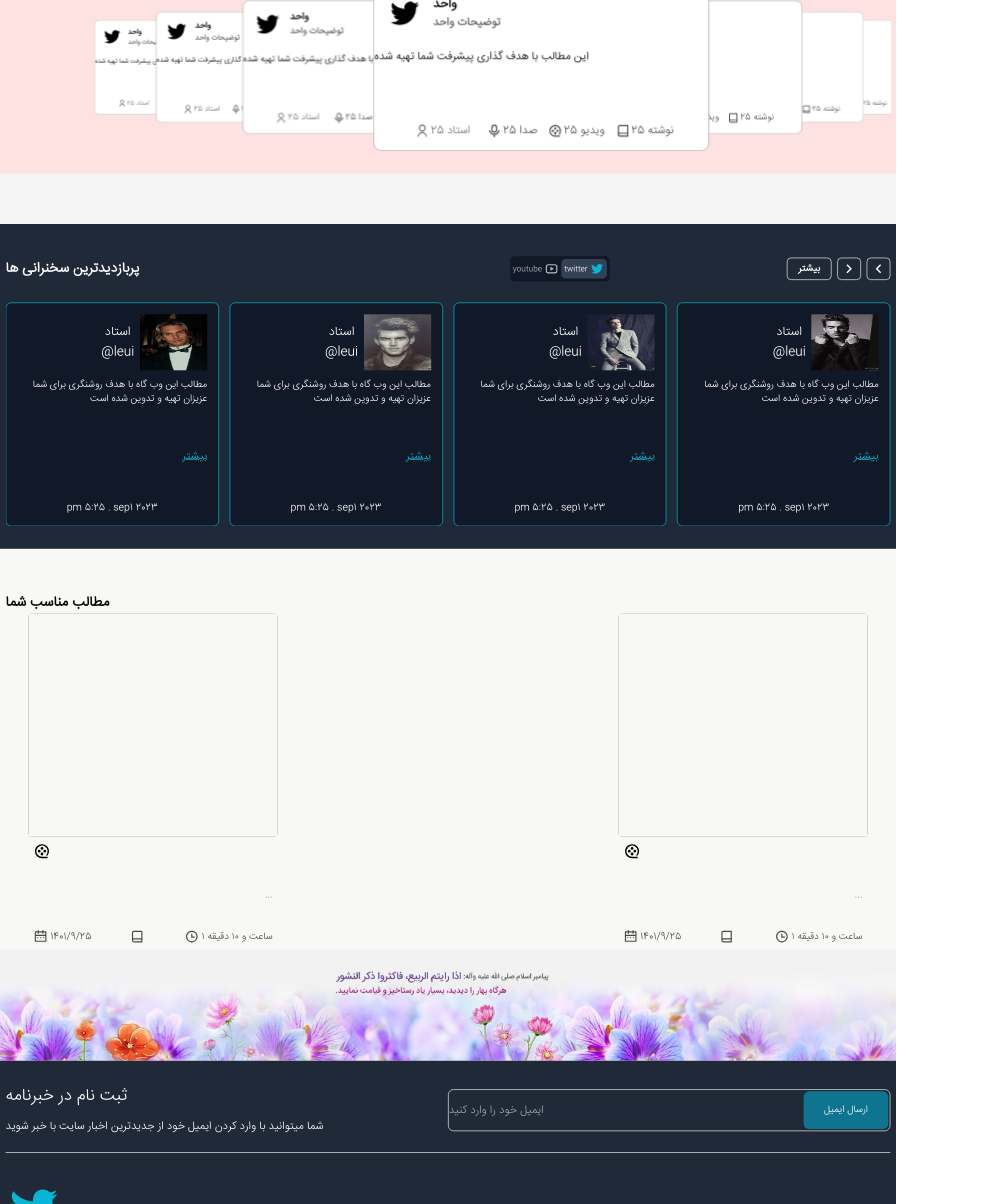
Repository: homan-tehrani/uiUserNative
Page: /
The author's editor kept a copy of each file at every save. The page is drawn from the files as they stood at one save, then again after the next save.
The browser window is 1280 px wide. The page is 1432 px wide, so the pictures cover 1432 px, including what lies to the right of the window. The pictures show the part of the page from y = 2430 to 4150 px (the page is 4886 px tall), at 70% of full size.
The page's requests for data from a server got no answer. The project was rebuilt for these pictures with package versions that can differ from the ones it lists, and the page was loaded fresh each time. The framework's server and built-in components were replaced by stand-ins that run in the browser. No one was signed in, and anything a server would have sent is missing. Also part of the build but not shown: next.config.js, src/components/MenuForUnits.js, src/components/AccordionForUnits.js, src/components/MenuResponsive.js.

Above is the page before, as saved 2023-04-25 01:36:50.

### src/pages/_app.js
import Layoute from 'components/layout/Layoute'
import 'styles/globals.css'

export default function App({ Component, pageProps }) {
  return <Layoute>
    <Component {...pageProps} />
  </Layoute>
}

### src/pages/index.js
import Head from 'next/head';
import Layoute from '../components/layout/Layoute';
import Loading from '../components/loading';
import Slider from '../components/Slider';
import Album1 from '../components/Album1';
import Invitation from '../components/Invitation';
import Album2 from '../components/Album2';
import Description from '../components/Description';
import Album3 from '../components/Album3';
import Suggestion from '../components/Suggestion';
import { useEffect } from 'react';

export default function Home({ datas }) {
  return (
    <>
      <Head>
        <title>خانه</title>
        <meta
          name="description"
          content="Generated by create next app"
        />
        <meta
          name="viewport"
          content="width=device-width, initial-scale=1"
        />
        <link rel="icon" href="/favicon.ico" />
      </Head>
      <main className="bg-[#F8F8F6]">

        <>
          <Slider />
          <Album1 />
          <Invitation />
          <Album2 />
          <Description />
          <Album3 />
          <Suggestion />
        </>

      </main>
    </>
  );
}

// export async function getStaticProps(context){

//   const res = await fetch("https://nativecontent.sirafgroup.com/api/v1/tag/contentByTag/")
//   const data = await res.json(res)
//   console.log(data);

//   if (!data) {
//     return {
//       notFound: true,
//     }
//   }

//   return{
//     props: {

//     }
//   }

// }

### src/components/layout/Layoute.js
import React from "react";
import Header from "./Header";
import Fotter from "./Fotter";
import Speech from "../Speech";

export default function Layoute({ children , datas }) {
  return (
    <>
      <Header  />
      <div>{children}</div>
      <Speech />
      <Fotter datas={datas} />
    </>
  );
}

### src/styles/globals.css
@tailwind base;
@tailwind components;
@tailwind utilities;

@font-face {
    font-family: iransans;
    src: url("../../public/assets/fonts/iransans/irsans-l.woff");
}

html , body{
    font-family: iransans;
  }

.slider-master
.swiper-pagination-bullet{
  width: 14px;
  height: 14px;
  background-color: #3998AC;
}

.slider-master
.swiper-pagination-bullet-active {
  width: 60px;
  border-radius: 60px;
}

### src/components/loading.js
const Loading =()=> {
    return (
      <div className="w-full h-full flex justify-center items-center py-5">
        <svg aria-hidden="true" class="w-12 h-12 text-gray-200 animate-spin dark:text-gray-600 fill-cyan-600" viewBox="0 0 100 101" fill="none" xmlns="http://www.w3.org/2000/svg">
            <path d="M100 50.5908C100 78.2051 77.6142 100.591 50 100.591C22.3858 100.591 0 78.2051 0 50.5908C0 22.9766 22.3858 0.59082 50 0.59082C77.6142 0.59082 100 22.9766 100 50.5908ZM9.08144 50.5908C9.08144 73.1895 27.4013 91.5094 50 91.5094C72.5987 91.5094 90.9186 73.1895 90.9186 50.5908C90.9186 27.9921 72.5987 9.67226 50 9.67226C27.4013 9.67226 9.08144 27.9921 9.08144 50.5908Z" fill="currentColor"/>
            <path d="M93.9676 39.0409C96.393 38.4038 97.8624 35.9116 97.0079 33.5539C95.2932 28.8227 92.871 24.3692 89.8167 20.348C85.8452 15.1192 80.8826 10.7238 75.2124 7.41289C69.5422 4.10194 63.2754 1.94025 56.7698 1.05124C51.7666 0.367541 46.6976 0.446843 41.7345 1.27873C39.2613 1.69328 37.813 4.19778 38.4501 6.62326C39.0873 9.04874 41.5694 10.4717 44.0505 10.1071C47.8511 9.54855 51.7191 9.52689 55.5402 10.0491C60.8642 10.7766 65.9928 12.5457 70.6331 15.2552C75.2735 17.9648 79.3347 21.5619 82.5849 25.841C84.9175 28.9121 86.7997 32.2913 88.1811 35.8758C89.083 38.2158 91.5421 39.6781 93.9676 39.0409Z" fill="currentFill"/>
        </svg>
      </div>
    );
  }

  export default Loading;

### src/components/Slider.js
import React, { useEffect, useState } from "react";
import { Swiper, SwiperSlide } from "swiper/react";
import { Navigation, EffectFade, Pagination, Scrollbar, A11y } from "swiper";
import { useRef } from "react";
import Loading from "./loading";
import ImageProfile from "assets/images/image.jpg";

import "swiper/css";
import "swiper/css/navigation";
import "swiper/css/pagination";
import "swiper/css/scrollbar";
import { sliderPhoto } from "../../src/db.json";
import Survey from "./Survey";

export default function Slider() {
  const [imagesSlider, setImagesSlider] = useState(null);
  const swiperRef = useRef();

  useEffect(() => {
    setImagesSlider(sliderPhoto);
  }, []);

  if (!imagesSlider) {
    return <Loading />;
  }

  return (
    <div className="container mx-auto w-full h-full  py-7 px-2">
      <Swiper
        wrapperClass="w-full"
        modules={[Navigation, Pagination, Scrollbar, A11y, EffectFade, Pagination]}
        spaceBetween="auto"
        loop={true}
        autoplay={{
          delay: 1000,
          disableOnInteraction: false,
        }}
        navigation={{
            nextEl: '.swiper-button-next',
            prevEl: '.swiper-button-prev',
        }}
        onBeforeInit={(swiper) => {
          swiperRef.current = swiper;
        }}
        slidesPerView={1}
        effect="fade"
        className="slider-master max-h-[32rem] min-h-full rounded-3xl overflow-hidden"
      >
        {imagesSlider.map((item) => (
          <SwiperSlide key={item.id} className="w-full h-full">
            <img
              className="w-full h-[32rem] object-cover"
              src="assets/images/image.jpg"
            />
          </SwiperSlide>
        ))}
        <div
          className="swiper-button-prev !text-white mx-8 after:!text-4xl"
        ></div>
        <div
          className="swiper-button-next !text-white mx-8 after:!text-4xl"
        ></div>

      </Swiper>
      <div className="custom-pagination"></div>
      <Survey/>

       </div>

  );
}

### src/components/Album2.js
import React, { useRef, useState , useEffect } from "react";
import { Swiper, SwiperSlide } from "swiper/react";
import Loading from "./loading";
import MorSpeech from "components/MorSpeech";
import Link from "next/link";

import "swiper/css";
import "swiper/css/grid";
import "swiper/css/pagination";
import { Grid, Pagination ,Navigation} from "swiper";
import {albumPhoto2} from "db.json"

export default function Album2() {
    const [itmes , setItems]= useState([])
    const swiperRef = useRef();
    useEffect(() => {
      setItems(albumPhoto2);
    }, []);

    const prevSlideHandler =()=>{
        swiperRef.current?.slidePrev();
    }

  return (
    <div className=" container px-2z mx-auto ">
    <div className=" mb-6 ">
    </div>
      <Swiper
        slidesPerView={3}
        grid={{
          rows: 2,
        }}
        spaceBetween={20}
        modules={[Grid, Pagination, Navigation]}
        onBeforeInit={(swiper) => {
          swiperRef.current = swiper;
        }}
        breakpoints={{
          // when window width is >= 640px
          0: {
            slidesPerView: 1,
          },
          640: {
            slidesPerView: 2,
          },
          1370: {
            slidesPerView: 3,
          },
        }}
        className="w-full h-96  "
      >
        {itmes.map(item=>
            <SwiperSlide key={item.id} className="!flex !h-40 rounded overflow-hidden ">
                <Link href="/units" dir="rtl" className="flex cursor-pointer w-full  h-full rounded-l-md ">
                    <div className="w-1/2 h-full">
                        <img className="w-full h-full" src={item.src} alt={item.alt} />
                    </div>
                    <div className="flex flex-col justify-between h-full w-full py-3 pr-3 bg-neutral-100 border rounded-l-md">
                    <div>
                        <div className="flex items-center gap-x-1">
                        <svg xmlns="http://www.w3.org/2000/svg" viewBox="0 0 24 24" width="20" height="20"><path fill="none" d="M0 0h24v24H0z"/><path d="M12 3a3 3 0 0 0-3 3v4a3 3 0 0 0 6 0V6a3 3 0 0 0-3-3zm0-2a5 5 0 0 1 5 5v4a5 5 0 0 1-10 0V6a5 5 0 0 1 5-5zM3.055 11H5.07a7.002 7.002 0 0 0 13.858 0h2.016A9.004 9.004 0 0 1 13 18.945V23h-2v-4.055A9.004 9.004 0 0 1 3.055 11z"/></svg>
                        <p className="text-lg">ویس استاد</p>
                        </div>

                        <p className="text-sm">سخنرانی استاد در تهران</p>
                    </div>

                    <div dir="rtl" className="flex gap-x-8 opacity-70 text-sm ">
                            <div className="flex gap-x-1">
                            <svg xmlns="http://www.w3.org/2000/svg" viewBox="0 0 24 24" width="20" height="20"><path fill="none" d="M0 0h24v24H0z"/><path d="M17 3h4a1 1 0 0 1 1 1v16a1 1 0 0 1-1 1H3a1 1 0 0 1-1-1V4a1 1 0 0 1 1-1h4V1h2v2h6V1h2v2zm3 8H4v8h16v-8zm-5-6H9v2H7V5H4v4h16V5h-3v2h-2V5zm-9 8h2v2H6v-2zm5 0h2v2h-2v-2zm5 0h2v2h-2v-2z"/></svg>
                            <p>1401/9/25</p>
                            </div>

                            <svg xmlns="http://www.w3.org/2000/svg" viewBox="0 0 24 24" width="20" height="20"><path fill="none" d="M0 0h24v24H0z"/><path d="M20.005 2C21.107 2 22 2.898 22 3.99v16.02c0 1.099-.893 1.99-1.995 1.99H4v-4H2v-2h2v-3H2v-2h2V8H2V6h2V2h16.005zM8 4H6v16h2V4zm12 0H10v16h10V4z"/></svg>
                         </div>
                    </div>
                    </Link>


            </SwiperSlide>
            )}

      </Swiper>
    </div>
  );
}

### src/components/Suggestion.js
import React, { useState, useEffect } from 'react';
import Loading from './loading';
import { lecturePhoto } from '../../src/db.json';
import Link from 'next/link';

export default function Suggestion() {
  const [suggestionPhoto, setSuggestionPhoto] = useState(null);
  useEffect(() => {
    setSuggestionPhoto(lecturePhoto);
  }, []);

  useEffect(() => {
    const fetchData = async () => {
      const response = await fetch(
        'https://nativecontent.sirafgroup.com/api/v1/category/contentByCategory/?categoryId=1&count=10'
      );
      const data = await response.json();
      setSuggestionPhoto(data.data);
    };
    fetchData();
  }, []);
  if (!suggestionPhoto) {
    return <Loading />;
  }

  return (
    <div className="container px-2 mx-auto">
      <h2 className="text-xl font-bold">مطالب مناسب شما</h2>
      <div className=" flex items-center justify-between">
        {suggestionPhoto.slice(1, 4).map((item) => (
          <>
            <div className="w-1/3 px-8 relative">
              <div className=" overflow-hidden xs:h-56 h-72  sm:h-80 rounded-md">
                <img
                  src={item.coverImage}
                  alt={item.title}
                  className="w-full h-full "
                />
              </div>
              <div className="w-full h-40  flex flex-col justify-between p-2 ">
                <div className="flex items-center gap-x-2  ">
                  <svg
                    xmlns="http://www.w3.org/2000/svg"
                    viewBox="0 0 24 24"
                    className="w-6 xs:w-5"
                  >
                    <path fill="none" d="M0 0h24v24H0z" />
                    <path d="M12 20h8v2h-8C6.477 22 2 17.523 2 12S6.477 2 12 2s10 4.477 10 10a9.956 9.956 0 0 1-2 6h-2.708A8 8 0 1 0 12 20zm0-10a2 2 0 1 1 0-4 2 2 0 0 1 0 4zm-4 4a2 2 0 1 1 0-4 2 2 0 0 1 0 4zm8 0a2 2 0 1 1 0-4 2 2 0 0 1 0 4zm-4 4a2 2 0 1 1 0-4 2 2 0 0 1 0 4z" />
                  </svg>
                  <p className="xs:text-sm truncate font-bold">
                    {item.title}
                  </p>
                </div>

                <p className="xs:text-xsm text-sm text-right text-slate-500">
                  {item?.summary?.substring(0, 150)}...
                </p>

                <div className="flex  justify-between items-center opacity-70 xs:text-xxxsm text-sm">
                  <div className="flex items-center justify-center gap-x-1">
                    <svg
                      xmlns="http://www.w3.org/2000/svg"
                      viewBox="0 0 24 24"
                      className="xs:w-3 w-5"
                    >
                      <path fill="none" d="M0 0h24v24H0z" />
                      <path d="M17 3h4a1 1 0 0 1 1 1v16a1 1 0 0 1-1 1H3a1 1 0 0 1-1-1V4a1 1 0 0 1 1-1h4V1h2v2h6V1h2v2zm3 8H4v8h16v-8zm-5-6H9v2H7V5H4v4h16V5h-3v2h-2V5zm-9 8h2v2H6v-2zm5 0h2v2h-2v-2zm5 0h2v2h-2v-2z" />
                    </svg>
                    <p className="xs:text-ssm">1401/9/25</p>
                  </div>

                  <div className="flex items-center justify-center gap-x-1">
                    <svg
                      xmlns="http://www.w3.org/2000/svg"
                      viewBox="0 0 24 24"
                      className="xs:w-3 w-5"
                    >
                      <path fill="none" d="M0 0h24v24H0z" />
                      <path d="M3 18.5V5a3 3 0 0 1 3-3h14a1 1 0 0 1 1 1v18a1 1 0 0 1-1 1H6.5A3.5 3.5 0 0 1 3 18.5zM19 20v-3H6.5a1.5 1.5 0 0 0 0 3H19zM5 15.337A3.486 3.486 0 0 1 6.5 15H19V4H6a1 1 0 0 0-1 1v10.337z" />
                    </svg>
                    <p>{item?.portal?.name}</p>
                  </div>

                  <div className="flex items-center justify-center gap-x-1">
                    <svg
                      xmlns="http://www.w3.org/2000/svg"
                      viewBox="0 0 24 24"
                      className="xs:w-3 w-5"
                    >
                      <path fill="none" d="M0 0h24v24H0z" />
                      <path d="M12 22C6.477 22 2 17.523 2 12S6.477 2 12 2s10 4.477 10 10-4.477 10-10 10zm0-2a8 8 0 1 0 0-16 8 8 0 0 0 0 16zm1-8h4v2h-6V7h2v5z" />
                    </svg>
                    <p>۱ ساعت و ۱۰ دقیقه</p>
                  </div>
                </div>
              </div>
              <Link
                href={`/units/${item.id}`}
                className="w-full h-full absolute top-0 left-0"
              />
            </div>
          </>
        ))}
      </div>
    </div>
  );
}

### src/components/Speech.js
import React, { useEffect, useState } from "react";
import Loading from "./loading";
import {speech} from "../../src/db.json"

export default function Speech({ datas }) {
  const [imageSpeech, setImageSpeech] = useState(null);
  useEffect(() => {
    setImageSpeech(speech);
  }, []);

  if (!imageSpeech) {
    return <Loading />;
  }
  return (
    <div className="w-full flex justify-center items-center relative ">
      <div className="flex flex-col w-full h-max">
        <div className="flex flex-col w-full ">
          <img
            src={imageSpeech[0].src}
            alt={imageSpeech[0].alt}
            className="w-full h-full object-cover"
          />
        </div>
      </div>
    </div>
  );
}

### src/components/MorSpeech.js
import React from 'react'


export default function MorSpeech({nextButtonHandler , prevButtonHandler , icons , underline , content , colorIcon , colorText , classMore , moreHandler,addHandler}) {

  return (
    <div  className='flex flex-col justify-center   w-full h-max '>
      <div className='flex justify-between items-center gap-x-0   md:px-0 xs:gap-x-6 '>
        <p className={`${colorText} font-bold text-xl`}>{content}</p>

        {icons && <div  className='flex items-center justify-center w-max gap-x-1 h-8 bg-gray-900 ml-96 text-xsm text-white  px-1 rounded-sm'>

        <button className='flex items-center justify-center gap-x-1 opacity-70'>
        <p>youtube</p>
        <svg xmlns="http://www.w3.org/2000/svg" className='fill-white' viewBox="0 0 24 24" width="20" height="20"><path fill="none" d="M0 0h24v24H0z"/><path d="M19.606 6.995c-.076-.298-.292-.523-.539-.592C18.63 6.28 16.5 6 12 6s-6.628.28-7.069.403c-.244.068-.46.293-.537.592C4.285 7.419 4 9.196 4 12s.285 4.58.394 5.006c.076.297.292.522.538.59C5.372 17.72 7.5 18 12 18s6.629-.28 7.069-.403c.244-.068.46-.293.537-.592C19.715 16.581 20 14.8 20 12s-.285-4.58-.394-5.005zm1.937-.497C22 8.28 22 12 22 12s0 3.72-.457 5.502c-.254.985-.997 1.76-1.938 2.022C17.896 20 12 20 12 20s-5.893 0-7.605-.476c-.945-.266-1.687-1.04-1.938-2.022C2 15.72 2 12 2 12s0-3.72.457-5.502c.254-.985.997-1.76 1.938-2.022C6.107 4 12 4 12 4s5.896 0 7.605.476c.945.266 1.687 1.04 1.938 2.022zM10 15.5v-7l6 3.5-6 3.5z"/></svg>
            </button>
        <button className='flex items-center justify-center gap-x-1 bg-slate-700 p-1 rounded-md'>
        <p>twitter</p>
          <svg xmlns="http://www.w3.org/2000/svg" className='fill-cyan-500' viewBox="0 0 24 24" width="20" height="20"><path fill="none" d="M0 0h24v24H0z"/><path d="M22.162 5.656a8.384 8.384 0 0 1-2.402.658A4.196 4.196 0 0 0 21.6 4c-.82.488-1.719.83-2.656 1.015a4.182 4.182 0 0 0-7.126 3.814 11.874 11.874 0 0 1-8.62-4.37 4.168 4.168 0 0 0-.566 2.103c0 1.45.738 2.731 1.86 3.481a4.168 4.168 0 0 1-1.894-.523v.052a4.185 4.185 0 0 0 3.355 4.101 4.21 4.21 0 0 1-1.89.072A4.185 4.185 0 0 0 7.97 16.65a8.394 8.394 0 0 1-6.191 1.732 11.83 11.83 0 0 0 6.41 1.88c7.693 0 11.9-6.373 11.9-11.9 0-.18-.005-.362-.013-.54a8.496 8.496 0 0 0 2.087-2.165z"/></svg>

          </button>
        </div>}
        <div className='flex gap-x-2 '>
            <button onClick={()=>moreHandler} className={`text-${classMore} border border-${classMore} xs:w-12 font-bold text-sm rounded-md w-16 h-8`}>بیشتر</button>
            <button className='border rounded-md px-1' onClick={prevButtonHandler}>
            <svg xmlns="http://www.w3.org/2000/svg" className={colorIcon} viewBox="0 0 24 24" width="24" height="24"><path fill="none" d="M0 0h24v24H0z"/><path d="M13.172 12l-4.95-4.95 1.414-1.414L16 12l-6.364 6.364-1.414-1.414z"/></svg>
            </button>
            <button className='border rounded-md px-1 ' onClick={nextButtonHandler}>
            <svg xmlns="http://www.w3.org/2000/svg" className={colorIcon} viewBox="0 0 24 24" width="24" height="24"><path fill="none" d="M0 0h24v24H0z"/><path d="M10.828 12l4.95 4.95-1.414 1.414L8 12l6.364-6.364 1.414 1.414z"/></svg>
            </button>
        </div>
      </div>
      {underline && <div className='bg-blue-200 h-0.5 w-full mt-3 bg-gradient-to-l from-blue-300 to-white'></div>}
    </div>
  )
}

### tailwind.config.js
/** @type {import('tailwindcss').Config} */
module.exports = {
  content: [
    "./app/**/*.{js,ts,jsx,tsx}",
    "./pages/**/*.{js,ts,jsx,tsx}",
    "./components/**/*.{js,ts,jsx,tsx}",

    // Or if using `src` directory:
    "./src/**/*.{js,ts,jsx,tsx}",
  ],
  theme: {
    extend: {
      screens:{
        'xs':{'max':'430px'},
      },
      spacing: {
        '148': '37rem',
        '120':'36rem',
        '152':'42rem',
        '90':'25rem',
        '98':'28rem',
        '100':'30rem',
        '110':'33rem',
        'ppx':'0.5px',
        '400px': '400px',
        '300px':'300px',
        '1200px':'1200px',
        '370px':'370px',
        '305px':'305px',
        '282px':'282px'
      },
      fontSize:{
        tsm:['13px','19px'],
        ssm:['12px','18px'],
        xsm:['11px','17px'],
        xxsm:['10px','16px'],
        xxxsm:['8px','12px'],
      },
    },
  },
  plugins: [],
}

Loaded but not shown: src/components/Description.js (library); src/db.json (58 lines, source omitted); src/components/layout/Fotter.js (133 lines, source omitted); src/components/layout/Header.js (154 lines, source omitted); src/components/NavBar.js (89 lines, source omitted); src/components/Album1.js (130 lines, source omitted); src/components/Invitation.js (47 lines, source omitted); src/components/Survey.js (87 lines, source omitted); src/components/Album3.js (128 lines, source omitted)

After the next save:
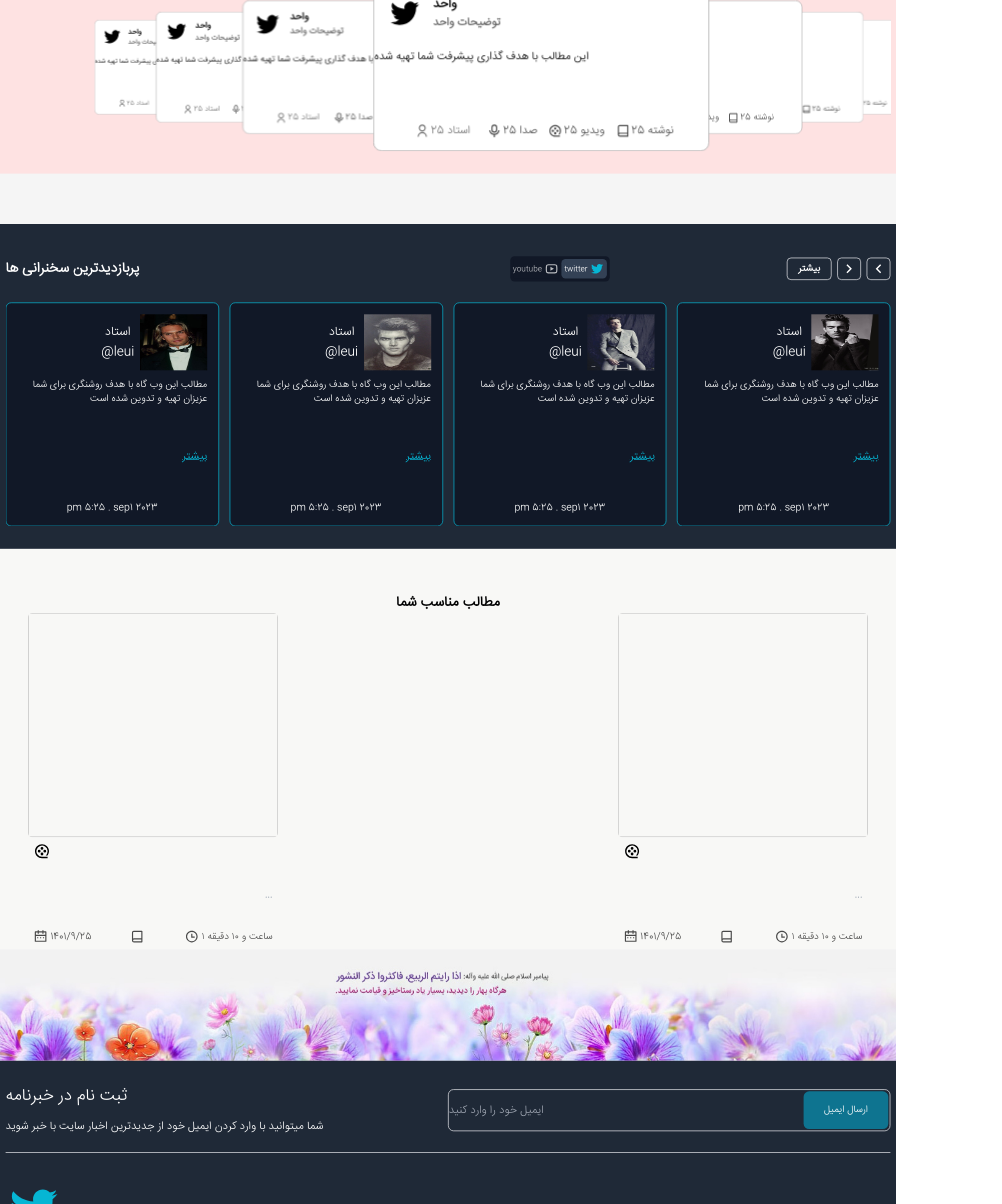
Saved 31 s later.
--- a/src/components/Suggestion.js
+++ b/src/components/Suggestion.js
@@ -25,7 +25,7 @@ export default function Suggestion() {
 
   return (
     <div className="container px-2 mx-auto">
-      <h2 className="text-xl font-bold">مطالب مناسب شما</h2>
+      <h2 className="text-xl font-bold text-center px-5">مطالب مناسب شما</h2>
       <div className=" flex items-center justify-between">
         {suggestionPhoto.slice(1, 4).map((item) => (
           <>
